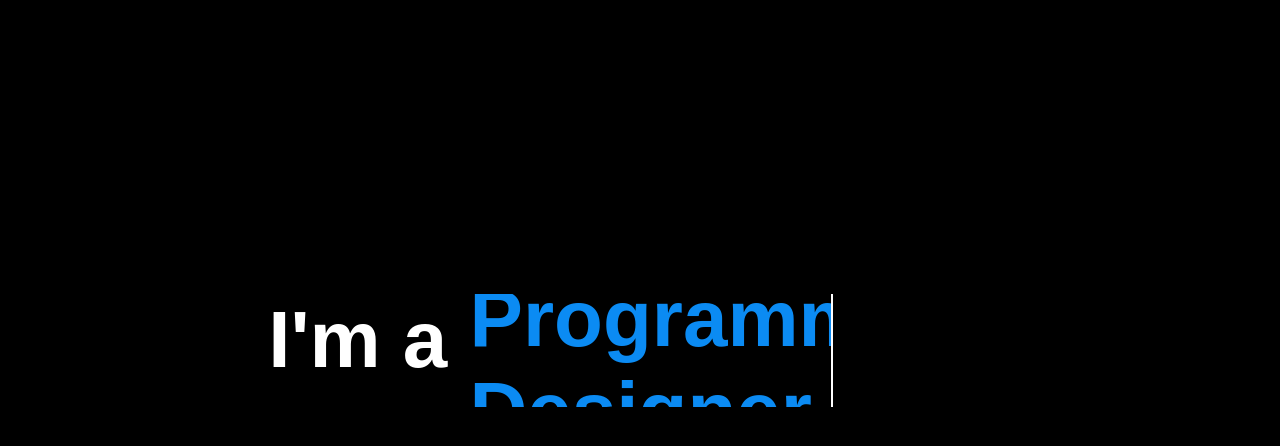
Repository: DevMike1993/Animations_HTML_CSS_JAVASCRIPT
Page: xx_Type_Text_Animation/index.html
The author's editor kept a copy of each file at every save. The page is drawn from the files as they stood at one save, then again after the next save.
The browser window is 1280 px wide. The pictures show the whole page.

Above is the page before, as saved 2023-12-03 16:38:35.

After the next save:
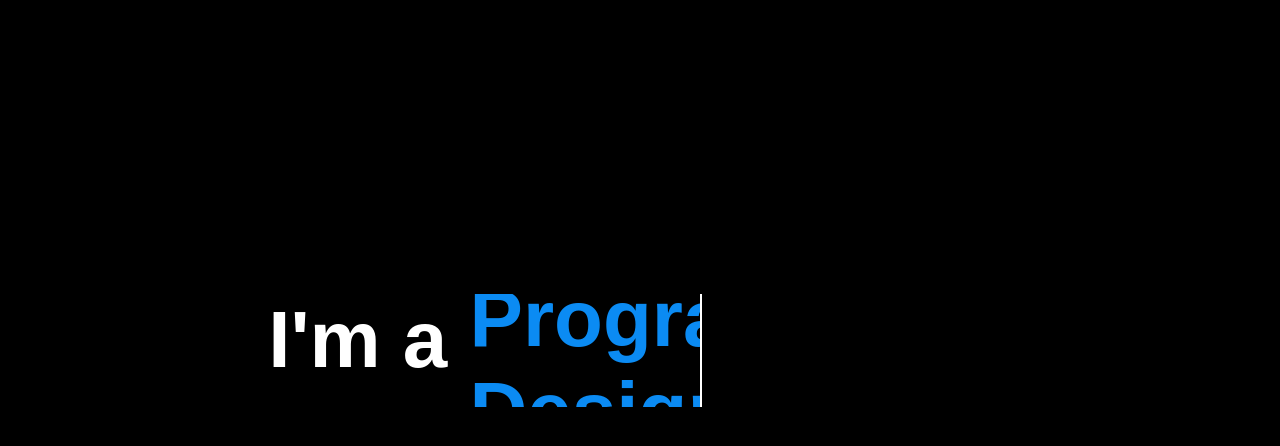
Saved 23 s later.
--- a/xx_Type_Text_Animation/style.css
+++ b/xx_Type_Text_Animation/style.css
@@ -60,7 +60,7 @@
     background-color: #000;
     animation: 3s textType;
     animation-iteration-count: infinite;
-    animation-timing-function: steps(12);
+    animation-timing-function: steps(12) end;
     animation-fill-mode: backwards;
 }
 

After the save that followed:
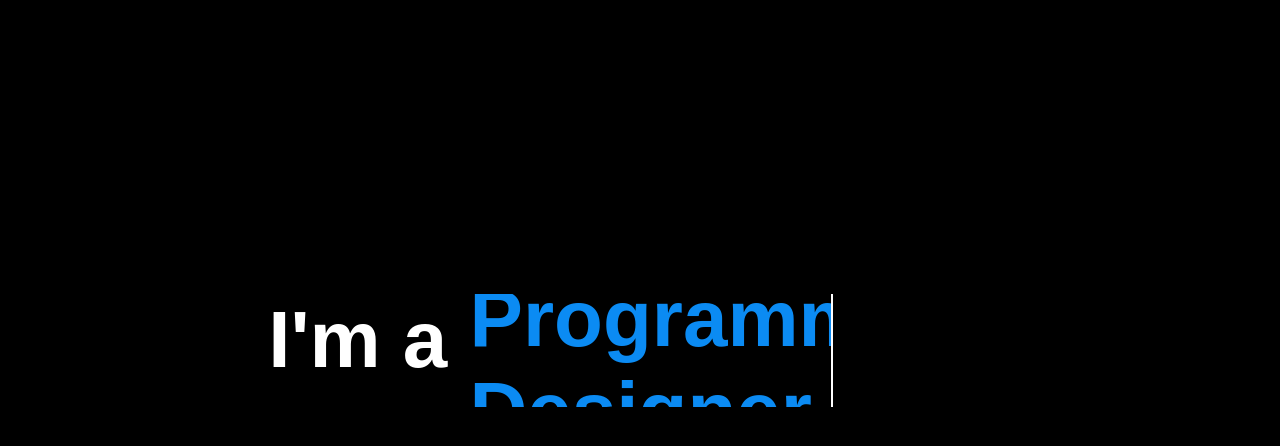
Saved 10 s later.
--- a/xx_Type_Text_Animation/style.css
+++ b/xx_Type_Text_Animation/style.css
@@ -60,7 +60,7 @@
     background-color: #000;
     animation: 3s textType;
     animation-iteration-count: infinite;
-    animation-timing-function: steps(12) end;
+    animation-timing-function: steps(12);
     animation-fill-mode: backwards;
 }
 
